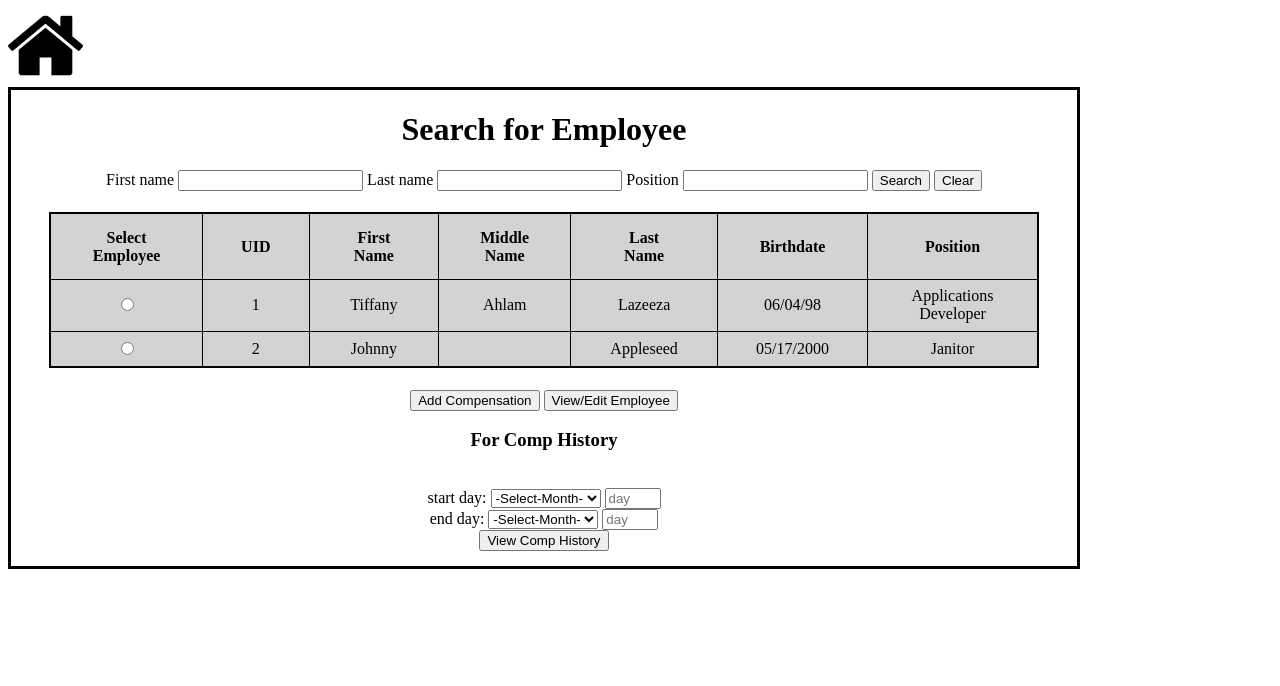
Repository: ticross18/SpringBootEmployeeSystem
Page: EmploymentSystem/src/main/resources/static/searchEmp.html
The author's editor kept a copy of each file at every save. The page is drawn from the files as they stood at one save, then again after the next save.
The browser window is 1280 px wide. The pictures show the whole page.

Above is the page before, as saved 2022-05-17 18:06:48.

### EmploymentSystem/src/main/resources/static/searchEmp.html
<!DOCTYPE html>
<html>
<head>
	<title>Search for Employee</title>
	<meta charset="UTF-8">
	<meta name="viewport" content="width=device-width, initial-scale=1.0">
	<link href="css/screens.css" rel="stylesheet" type="text/css">
</head>
<body>

<a href="/"><img src="images/homeIcon2.png" id="homeButton" alt="home button"></a>

<div id="SearchEmpBox" >
	<h1 id="title">Search for Employee</h1>

	<form>
		<label for="fname">First name </label>
		<input type="text" id="fname" name="fname">
		<label for="lname">Last name  </label>
		<input type="text" id="lname" name="lname">
		<label for="position">Position</label>
		<input type="text" id="position" name="position">
		<button type="button" name ="search">Search</button>
		<button type="clear" name ="clear">Clear</button>
	</form>

	<table border=1  rules=rows id="results" >
		<tr>
			<th>Select Employee</th>
			<th>UID</th>
			<th>First Name</th>
			<th>Middle Name</th>
			<th>Last Name</th>
			<th>Birthdate</th>
			<th>Position</th>
		</tr>
		 <tr class="entries">
			<td><input type="radio" name="edit" class="editEmp"/></td>
			<td>1</td>
			<td>Tiffany</td>
			<td>Ahlam</td>
			<td>Lazeeza</td>
			<td>06/04/98</td>
			<td>Applications Developer</td>
		</tr>
		 <tr class="entries">
			<td><input type="radio" name="edit" class="editEmp"/></td>
			<td>2</td>
			<td>Johnny</td>
			<td></td>
			<td>Appleseed</td>
			<td>05/17/2000</td>
			<td>Janitor</td>
		</tr>

	</table>

     <button type="button" class="optionButtons" onclick="location.href = '#';"  id="addEmp" > Add Compensation </button>

     <button type="button" class="optionButtons" onclick="location.href = '#';" id="viewEditEmp"> View/Edit Employee </button>


		<h3>For Comp History</h3><br>

		<label >start day:</label>
		    <select class='monthDropDown'>
			    <option selected value=''>-Select-Month-</option>
			    <option value='1'>January</option>
			    <option value='2'>February</option>
			    <option value='3'>March</option>
			    <option value='4'>April</option>
			    <option value='5'>May</option>
			    <option value='6'>June</option>
			    <option value='7'>July</option>
			    <option value='8'>August</option>
			    <option value='9'>September</option>
			    <option value='10'>October</option>
			    <option value='11'>November</option>
			    <option value='12'>December</option>
		    </select>
		    <input type="number"min="0" max="31" placeholder="day"/>

		    <br>

		<label>end day:</label>
		<select class='monthDropDown'>
		    <option selected value=''>-Select-Month-</option>
		    <option value='1'>January</option>
		    <option value='2'>February</option>
		    <option value='3'>March</option>
		    <option value='4'>April</option>
		    <option value='5'>May</option>
		    <option value='6'>June</option>
		    <option value='7'>July</option>
		    <option value='8'>August</option>
		    <option value='9'>September</option>
		    <option value='10'>October</option>
		    <option value='11'>November</option>
		    <option value='12'>December</option>
	    </select>
	    <input type="number"min="0" max="31" placeholder="day"/>
	     <br><button type="button" class="optionButtons" onclick="location.href = '#';" id="compHistory" > View Comp History </button>

	</div>


</div>
</body>
</html>

### EmploymentSystem/src/main/resources/static/css/screens.css
.container {
   display: flex;

}

#homeButton{
	width:75px;
	height:75px;
	position: relative;
}

.asterisk{
	color: red;
}

#addEmpBox {
	padding-left: 40vw;
	border: 3px solid rgb(0, 0, 0);
	padding-bottom: 15px;
}

#addEmpBox input {
	margin-bottom: 15px;
	padding: 2px;
}

#SearchEmpBox {
	border: 3px solid rgb(0, 0, 0);
	padding-bottom: 15px;
	margin-right: 15vw;
	text-align: center;
}

#userInput {
	display:inline-table;
}

#results {
	border: 2px solid black;
	margin: 10px;
	background-color: lightgrey;
	border-collapse: collapse;
	margin:  3vh 3vw;
}

#results th {
	padding: 2vh 3vw;
	border-left: 1px solid #000;
    border-right: 1px solid #000;
}

#results td {
	padding: 1vh 3vw ;
	border-left: 1px solid #000;
    border-right: 1px solid #000;

}

#finalEdit{
	text-align: left;
	position: left;
}

.optionButtons button{
	text-transform: uppercase;
	background-color: rgb(192, 192, 192);

	padding: 10px 5px;
	width:  auto ;
	float:right;
	position: sticky;

	margin-left: 13vw;

}

.optionButtons button:active {
  box-shadow: 0 5px #666;
  transform: translateY(4px);
}

.optionButtons button:hover {
  background-color: rgb(255, 255, 128);
  cursor: pointer;
}

#dateRange {
	border: 3px solid rgb(0, 0, 0);
	width:fit-content;
	margin: 3vh;
	padding: 2vh;
}



.monthDropDown {
	width:110px;
}


tr.entries:hover {
  background-color: white;
  cursor: pointer;
}

After the next save:
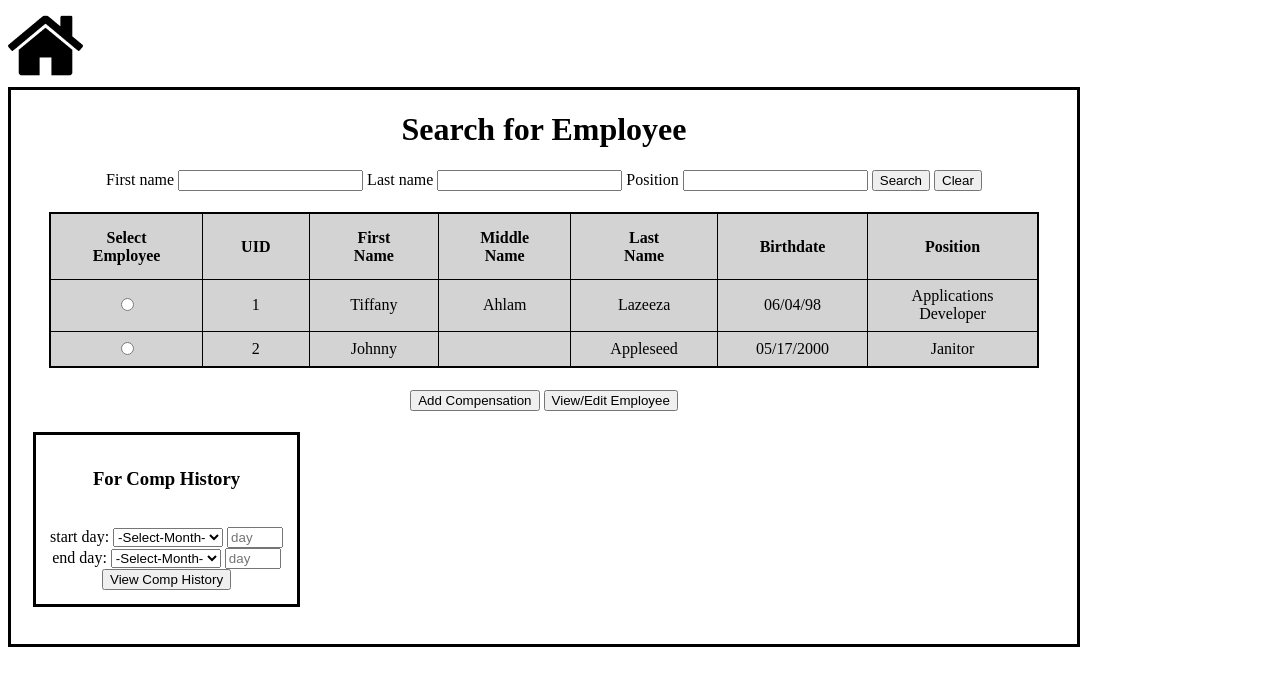
Saved 2 s later.
--- a/EmploymentSystem/src/main/resources/static/searchEmp.html
+++ b/EmploymentSystem/src/main/resources/static/searchEmp.html
@@ -59,7 +59,7 @@
 
      <button type="button" class="optionButtons" onclick="location.href = '#';" id="viewEditEmp"> View/Edit Employee </button>
 
-
+	<div id="dateRange">
 		<h3>For Comp History</h3><br>
 
 		<label >start day:</label>
